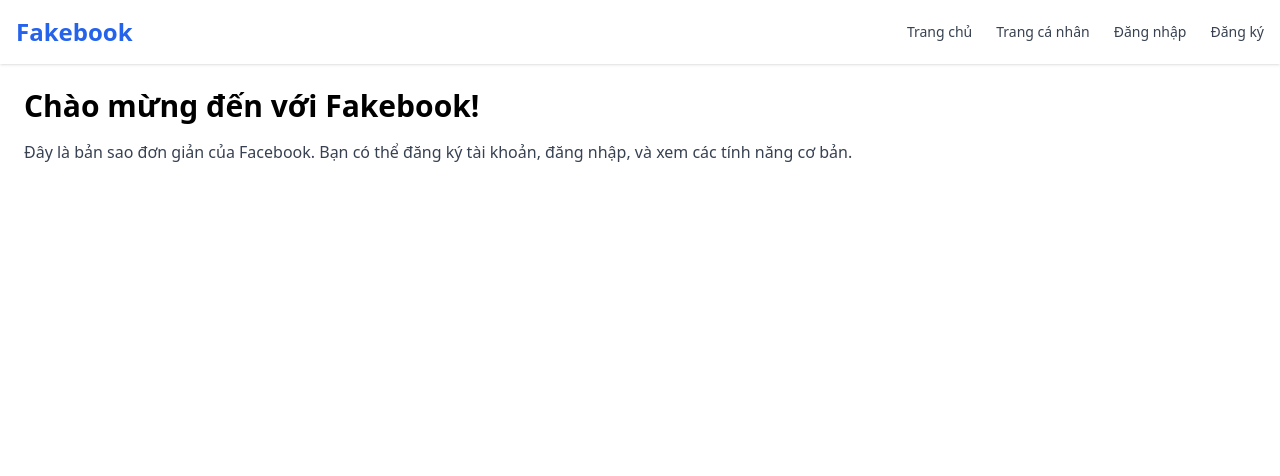
Repository: ThanhPhat2205/fontend_Reactjs_facebook
Page: / (app in fontend/)
These files come from the project's save history. The page is drawn as it stood at one moment and after the next save; the edit follows.
The browser window is 1280 px wide. The pictures show the whole page.
The project was rebuilt for these pictures with package versions that can differ from the ones it lists, and the page was loaded fresh each time. Also part of the build but not shown: fontend/vite.config.ts, fontend/src/components/Auth/LoginForm.tsx, fontend/src/components/Auth/RegisterForm.tsx.

Above is the page before, as saved 2025-05-06 10:26:05.

### fontend/src/main.tsx
import { StrictMode } from 'react';
import { createRoot } from 'react-dom/client';
import { BrowserRouter } from 'react-router-dom';
import './index.css';
import App from './App.tsx';

createRoot(document.getElementById('root')!).render(
  <StrictMode>
    <BrowserRouter>
      <App />
    </BrowserRouter>
  </StrictMode>
);

### fontend/src/App.tsx
import { Routes, Route } from 'react-router-dom';
import LoginPage from './components/Auth/LoginForm';
import RegisterPage from './components/Auth/RegisterForm';
import HomePage from './pages/HomePage';
import Navbar from './components/Navbar';

function App() {
  return (
    <>
      <Navbar />
      <Routes>
        <Route path="/" element={<HomePage />} />
        <Route path="/login" element={<LoginPage />} />
        <Route path="/register" element={<RegisterPage />} />
      </Routes>
    </>
  );
}

export default App;

### fontend/src/pages/HomePage.tsx
export default function HomePage() {
    return (
      <div className="p-6">
        <h1 className="text-3xl font-bold mb-4">Chào mừng đến với Fakebook!</h1>
        <p className="text-gray-700">
          Đây là bản sao đơn giản của Facebook. Bạn có thể đăng ký tài khoản, đăng nhập, và xem các tính năng cơ bản.
        </p>
      </div>
    );
  }

### fontend/src/components/Navbar.tsx
import { Link } from 'react-router-dom';

export default function Navbar() {
  return (
    <nav className="bg-white shadow sticky top-0 z-50 p-4">
      <div className="max-w-7xl mx-auto flex justify-between items-center">
        <Link to="/" className="text-2xl font-bold text-blue-600">Fakebook</Link>
        <div className="space-x-6 text-sm font-medium">
          <Link to="/" className="text-gray-700 hover:text-blue-600 transition">Trang chủ</Link>
          <Link to="/profile" className="text-gray-700 hover:text-blue-600 transition">Trang cá nhân</Link>
          <Link to="/login" className="text-gray-700 hover:text-blue-600 transition">Đăng nhập</Link>
          <Link to="/register" className="text-gray-700 hover:text-blue-600 transition">Đăng ký</Link>
        </div>
      </div>
    </nav>
  );
}

### fontend/tailwind.config.js
export default {
  content: ["./index.html", "./src/**/*.{js,ts,jsx,tsx}"],
  theme: {
    extend: {},
  },
  plugins: [],
};

Loaded but not shown: fontend/index.html (common file); fontend/src/index.css (common file)

After the next save:
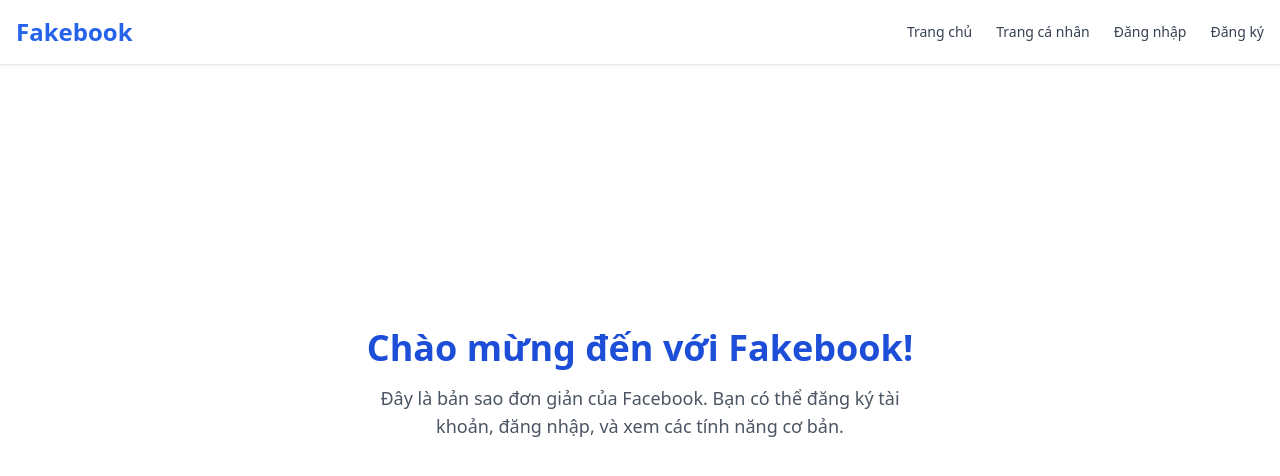
Saved 21 s later.
--- a/fontend/src/pages/HomePage.tsx
+++ b/fontend/src/pages/HomePage.tsx
@@ -1,10 +1,10 @@
 export default function HomePage() {
-    return (
-      <div className="p-6">
-        <h1 className="text-3xl font-bold mb-4">Chào mừng đến với Fakebook!</h1>
-        <p className="text-gray-700">
-          Đây là bản sao đơn giản của Facebook. Bạn có thể đăng ký tài khoản, đăng nhập, và xem các tính năng cơ bản.
-        </p>
-      </div>
-    );
-  }
+  return (
+    <div className="flex flex-col items-center justify-center text-center min-h-[calc(100vh-80px)] p-6">
+      <h1 className="text-4xl font-extrabold text-blue-700 mb-4">Chào mừng đến với Fakebook!</h1>
+      <p className="text-lg text-gray-600 max-w-xl">
+        Đây là bản sao đơn giản của Facebook. Bạn có thể đăng ký tài khoản, đăng nhập, và xem các tính năng cơ bản.
+      </p>
+    </div>
+  );
+}
